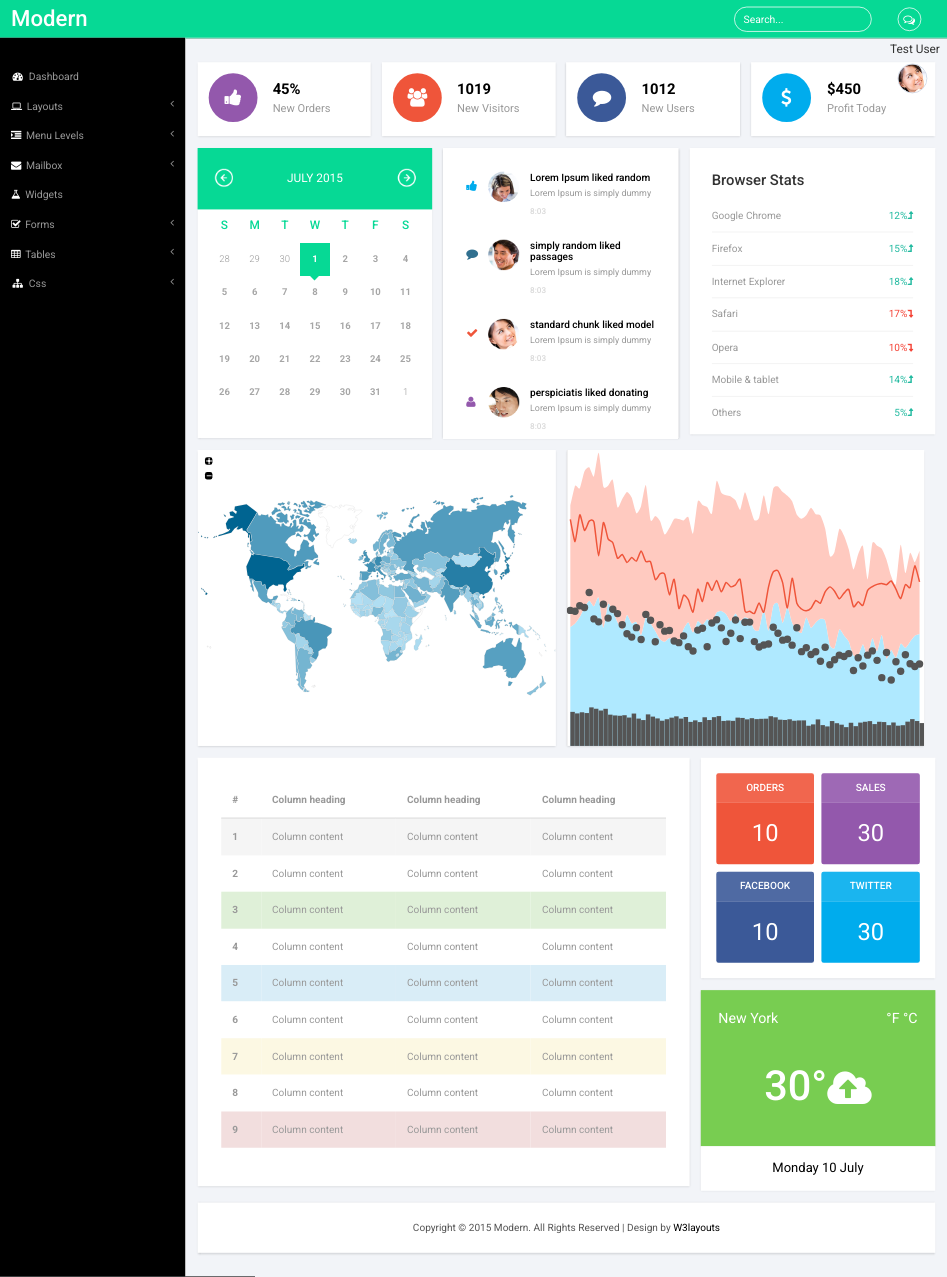
Repository: NomanMustafa/laravel-blog
Page: http://localhost/dashboard
The author's editor kept a copy of each file at every save. The page is drawn from the files as they stood at one save, then again after the next save.
The browser window is 1280 px wide. The pictures show the whole page, at 74% of full size.
The page is served by the project's Laravel application, run on PHP 8.4 with Laravel 8. A made-up administrator, Test User (test@example.com), is signed in.

Above is the page before, as saved 2020-07-05 00:33:58.

After the next save:
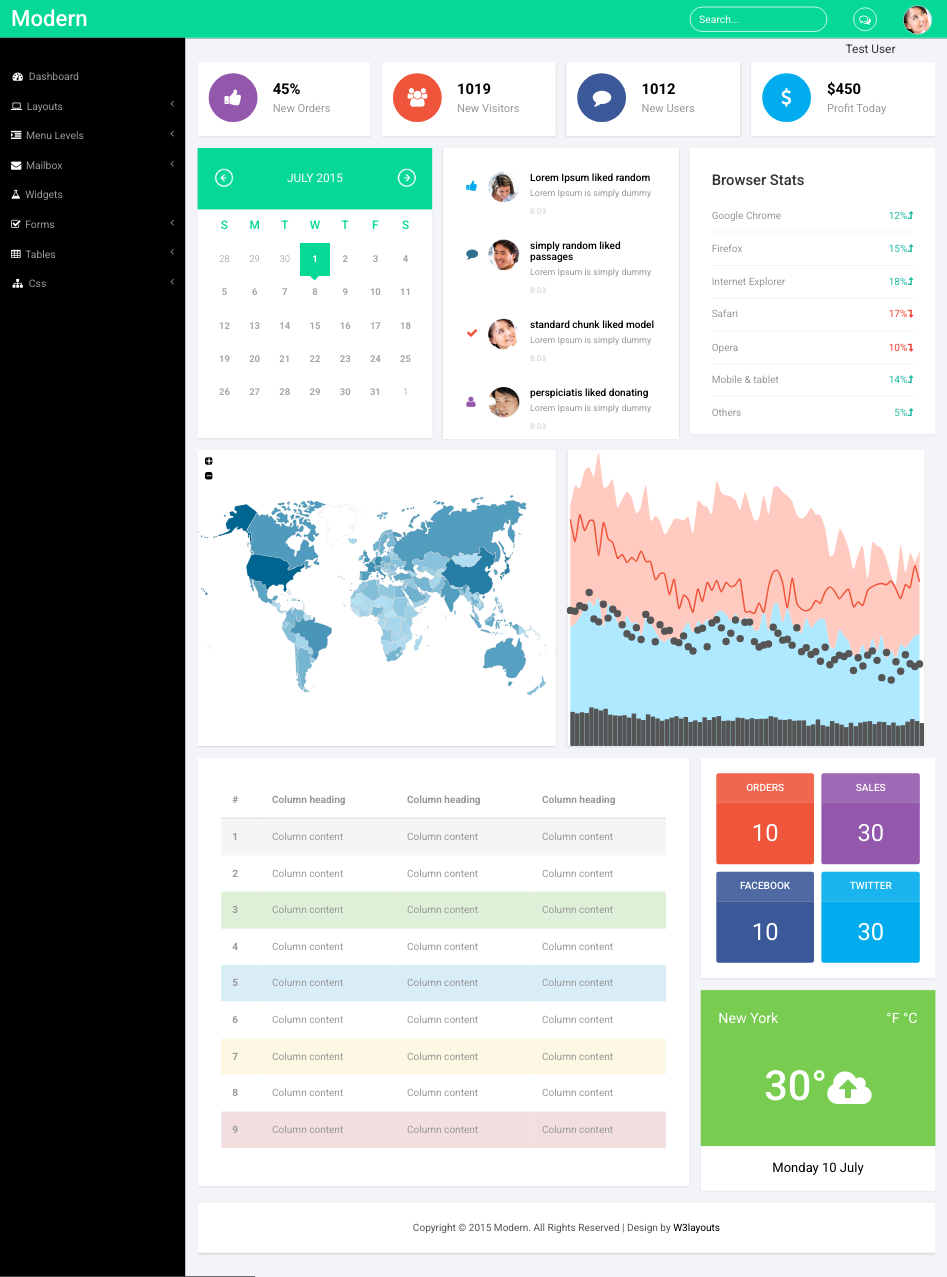
Saved 11 s later.
--- a/resources/views/includes/admin/headerNavigation.blade.php
+++ b/resources/views/includes/admin/headerNavigation.blade.php
@@ -11,7 +11,7 @@
  <ul class="nav navbar-nav navbar-right">
      <li class="dropdown">
          <a href="#" class="dropdown-toggle" data-toggle="dropdown" aria-expanded="false"><i class="fa fa-comments-o"></i></a>
-        <span>{{ Auth::user()->name }}</span
+        <span>{{ Auth::user()->name }}</span>
 
      <li class="dropdown">
          <a href="#" class="dropdown-toggle avatar" data-toggle="dropdown"><img src="{{ asset('admin/assets/images/1.png') }}"></a>
